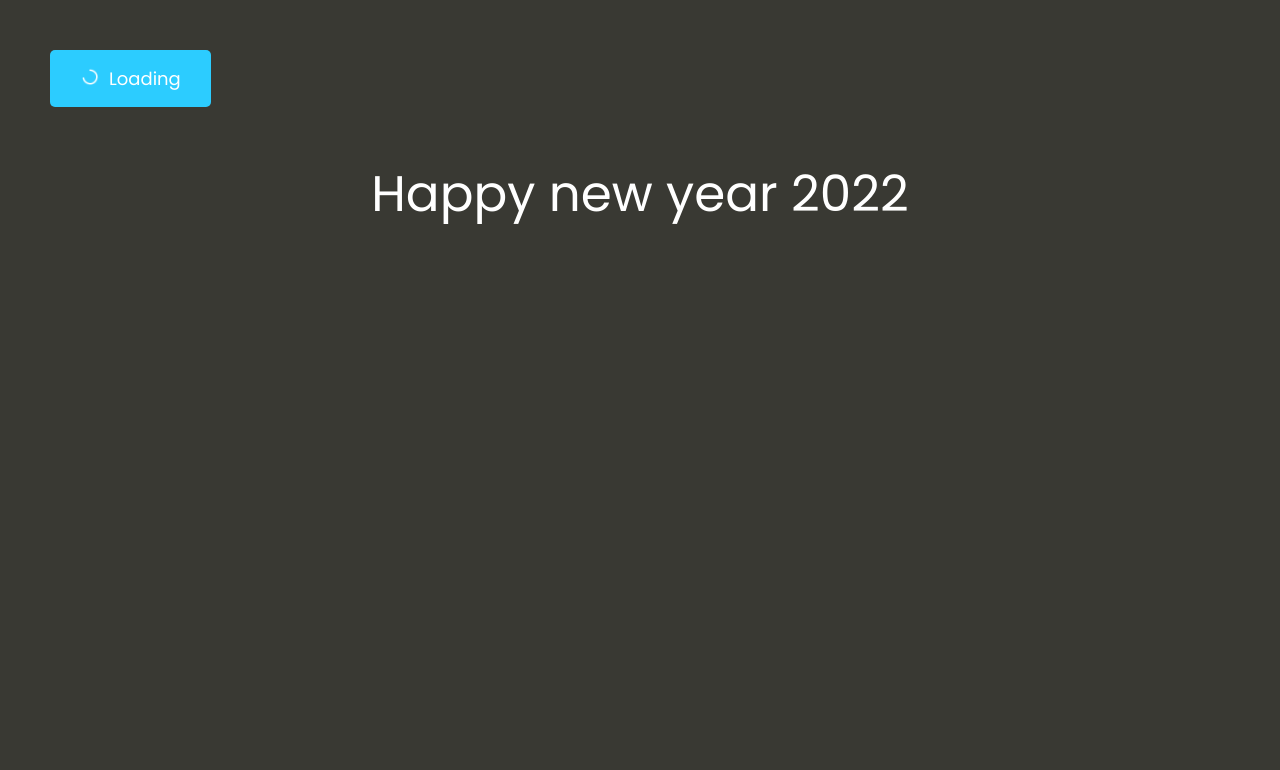
Repository: hoang0508/ReactJsDevWork
Page: /
The author's editor kept a copy of each file at every save. The page is drawn from the files as they stood at one save, then again after the next save.
The browser window is 1280 px wide. The pictures show the whole page.
The project was rebuilt for these pictures with package versions that can differ from the ones it lists, and the page was loaded fresh each time.

Above is the page before, as saved 2022-02-01 23:31:40.

After the next save:
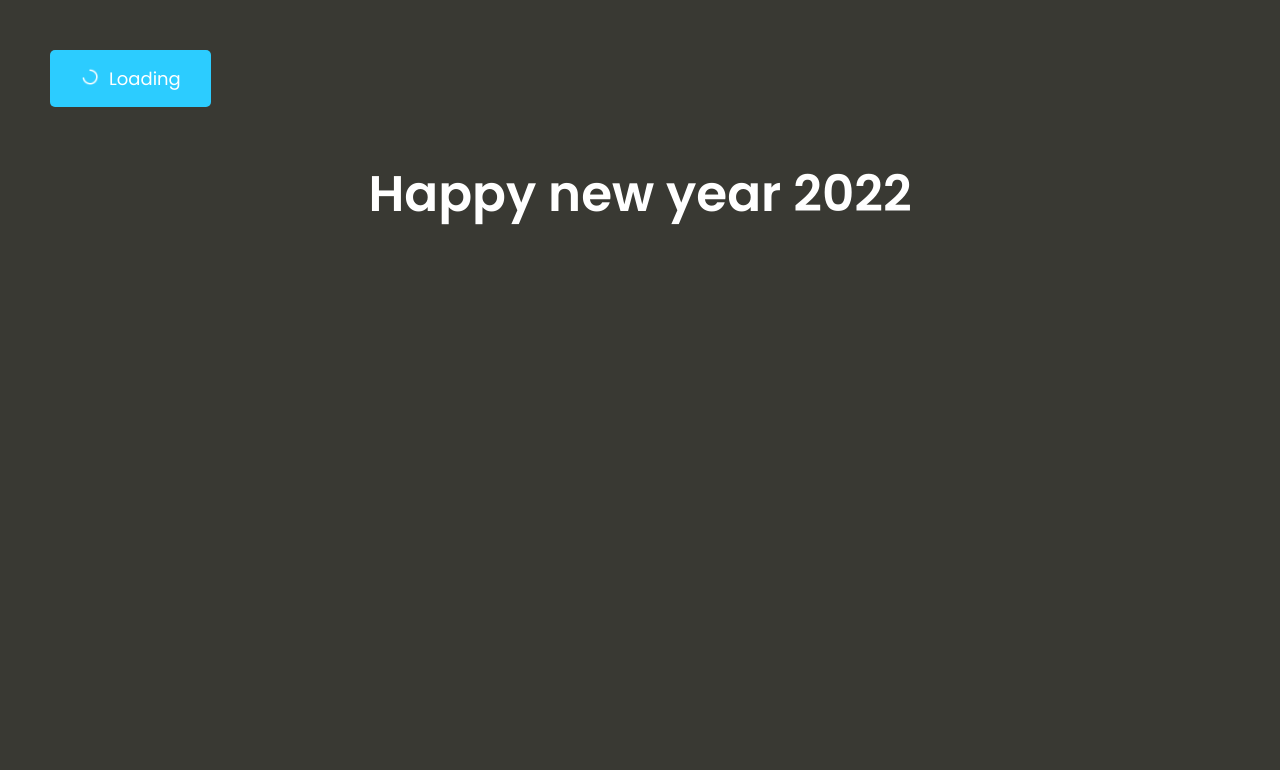
Saved 8 s later.
--- a/src/components/Button/Button.scss
+++ b/src/components/Button/Button.scss
@@ -28,6 +28,7 @@
   &-desc {
     text-align: center;
     font-size: 50px;
+    font-weight: 600;
     letter-spacing: 1.5;
     color: #fff;
   }
